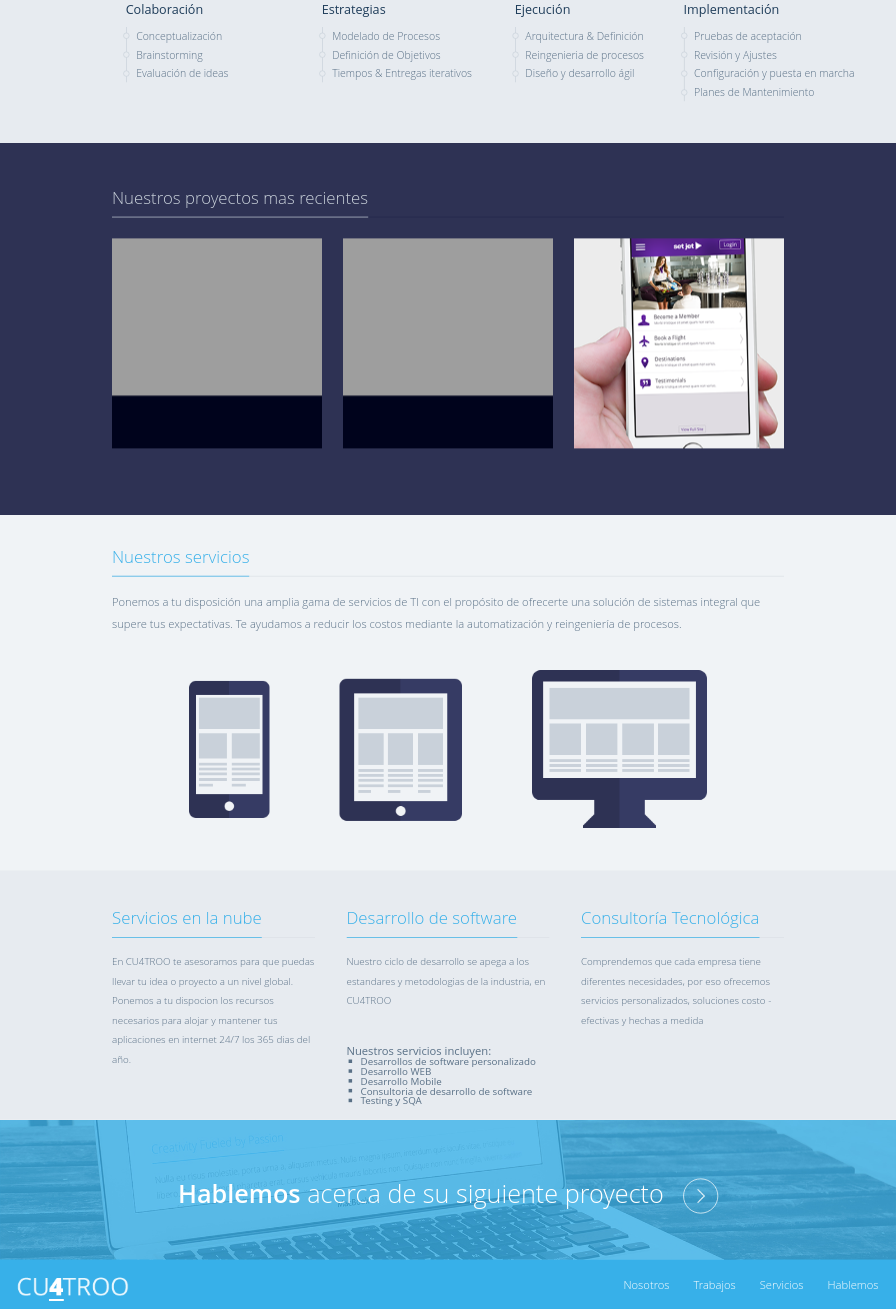
Repository: cuatroo/website
Page: index.html
The author's editor kept a record of every edit. The page is drawn from the files as they stood at one moment, then again after the next edit.
The browser window is 1280 px wide. The pictures show the part of the page from y = 1071 to 2991 px (the page is 2941 px tall before and 2991 px after), at 70% of full size.
Pictures or frames that could not be fetched are drawn as grey boxes. Some web libraries are served in a nearby version.

Above is the page before.
Console error (its wording comes from the project's code and is left out).

### index.html
<!DOCTYPE html>
<!-- saved from url=(0017)http://www.cuatroo.com/ -->
<html class="skrollr skrollr-desktop"><head><meta http-equiv="Content-Type" content="text/html; charset=UTF-8">
        <meta charset="utf-8">
        <meta http-equiv="X-UA-Compatible" content="IE=edge">
        <title>CU4TROO | Soluciones de negocio a traves de la tecnologia | Mexico</title>
        <meta name="description" content="Professional Web & Development Services &amp; Small Business SaaS">
        <meta name="keywords" content="mexico tijuana sonora design, sonora website design, mexico web design, tijuana web services, mexico app design, tijuana app design, sonora app design">
        <meta name="author" content="CU4TROO">
        <meta name="viewport" content="width=device-width, initial-scale=1">

        <link rel="shortcut icon" type="image/png" href="./assets/img/favicon.ico">
        <link rel="stylesheet" href="./assets/css/main.css">
        <link rel="stylesheet" href="./assets/font-awesome/css/font-awesome.min.css">
    </head>
    <body style="height: 3293px;">

        <!--[if lt IE 8]>
            <div class="browseHappy">
		        <p class="browsehappy">You are using an <strong>outdated</strong> browser. Please <a href="http://browsehappy.com/">upgrade your browser</a> to improve your experience.</p>
	        </div>
        <![endif]-->

        <!-- Welcome -->
        <div class="welcome" style="display: none;">
	        <h2>Software que <span>Inspira</span></h2>
	        <h3>Haga crecer su negocio conf <span>calidad</span></h3>
        </div>

        <div id="mainViewpoint">
	        <!-- Header -->
	        <header id="header">
	        	<nav id="navigation" data-400="background: rgba(55, 176, 233, 0)" data-432="background: rgba(55, 176, 233, .98)" class="skrollable skrollable-between" style="background: rgba(55, 176, 233, 0.980392);">
	        		<a class="logo left" href="#">

					<img src="./assets/img/logo_cu4troo.png" >
	        		</a>
	        		<ul class="right">
	        			<li><a href="#about">Nosotros</a></li>
	        			<li><a href="#work">Productos</a></li>
	        			<li><a href="#services">Servicios</a></li>
	        			<li><a class="contactD3sign" href="#talk">Hablemos</a></li>
	        		</ul>
	        		<a class="mobileNav right" href="#"><span class="icon"></span></a>
	        		<div class="clear"></div>
	        		 <div class="mobileMenu">
			        	<ul>
			        		<li><a href="#about">Nosotros</a></li>
				        	<li><a href="#work">Productos</a></li>
				        	<li><a href="#services">Servicios</a></li>
				        	<li><a href="#talk">Hablemos</a></li>
			        	</ul>
			        </div>
	        	</nav>
	        	<!-- Hero -->
	        	<div class="hero skrollable skrollable-after" data-0="background-position: 0 0px; opacity: 1" data-400="background-position: 0 -30px; opacity: 0" style="opacity: 0; background-position: 0px -30px;">
		        	<h2 data-0="padding-top: 160px" data-400="padding-top: 50px" class="skrollable skrollable-after" style="padding-top: 50px;">Desarrollos que <span>Inspiran</span></h2>
		        	<h3>Construimos <span>software</span> que ayude a potenciar tu negocio</h3>
		        	<a data-0="bottom: 40px" data-400="bottom: 250px" class="scrollDown skrollable skrollable-after" href="#about" style="bottom: 250px;"><span class="icon"></span></a>
	        	</div>
	        </header>
	        <div id="skrollr-body">
		        <div id="main" style="height: 1200px">
		        	<!-- About -->
		        	<section id="about">
		        		<div class="wrapper">
		        			<header>
		        				<h3>La pasi&oacute;n por la tecnolog&iacute;a nos mueve </h3>
		        			</header>
		        			<p>CU4TROO somos un equipo de profesionales apasionados de la tecnolog&iacute;a, comprometidos con el poder de transformaci&oacute;n que esta nos brinda para generar soluciones de software creativas e inteligentes. Nos gusta formar alianza directa con nuestros clientes con el objetivo de establecer la confianza necesaria para orientar y llevar a cabo sus ideas de negocio. Los mejores resultados son conducidos por nuestro equipo de talentosos consultores, desarrolladores y diseñadores con el que podemos garantizarle la conclusi&oacute;n de cualquier reto.</p>
		        		</div>
		        		<div class="workFlow animate">
		        			<div class="wrapper">
		        				<ul>
		        					<li class="collaborate animate">
			        					<div class="iconContainer">
			        						<span class="shadowEffect"></span>
			        						<span class="icon"><i class="fa fa-comments fa-4x"></i></span>

			        					</div>
			        					<span class="point autoCenter"></span>
			        					<div class="details" style="width: 92px;">
				        					<h4>Colaboraci&oacute;n</h4>
				        					<ul>
				        						<li>Conceptualizaci&oacute;n</li>
				        						<li>Brainstorming</li>
				        						<li>Evaluaci&oacute;n de ideas</li>

				        					</ul>
			        					</div>
		        					</li>
		        					<li class="strategize animate">
			        					<div class="iconContainer">
			        						<span class="shadowEffect"></span>
			        						<span class="icon"><i class="fa fa-tasks fa-4x"></i></span>
			        					</div>
			        					<span class="point autoCenter"></span>
			        					<div class="details" style="width: 81px;">
				        					<h4>Estrategias</h4>
				        					<ul>
				        						<li>Modelado de Procesos</li>
				        						<li>Definici&oacute;n de Objetivos</li>
				        						<li>Tiempos & Entregas iterativos</li>

				        					</ul>
			        					</div>
		        					</li>
		        					<li class="dev animate">
			        					<div class="iconContainer">
			        						<span class="shadowEffect"></span>
			        						<span class="icon"><i class="fa fa-bolt fa-4x"></i></span>
			        					</div>
			        					<span class="point autoCenter"></span>
			        					<div class="details" style="width: 144px;">
				        					<h4>Ejecuci&oacute;n</h4>
				        					<ul>
				        						<li>Arquitectura &amp; Definici&oacute;n</li>
				        						<li>Reingenieria de procesos</li>
				        						<li>Diseño y desarrollo &aacute;gil</li>
				        					</ul>
			        					</div>
		        					</li>
		        					<li class="implement animate">
			        					<div class="iconContainer">
			        						<span class="shadowEffect"></span>
			        						<span class="icon"><i class="fa fa-rocket fa-4x"></i></span>
			        					</div>
			        					<span class="point autoCenter"></span>
			        					<div class="details" style="width: 84px;">
				        					<h4>Implementaci&oacute;n</h4>
				        					<ul>
				        						<li>Pruebas de aceptaci&oacute;n</li>
                                                <li>Revisi&oacute;n y Ajustes</li>
				        						<li>Configuraci&oacute;n y puesta en marcha</li>
				        						<li>Planes de Mantenimiento</li>
				        					</ul>
			        					</div>
		        					</li>
		        				</ul>
		        				<div class="clear"></div>
		        			</div>
		        		</div>
		        	</section>
		        	<section id="work">
			        	<div class="wrapper">
				        	<header>
		        				<h3>Nuestros proyectos mas recientes</h3>
		        			</header>
		        			<div class="gallery animate">
                                <div class="shotWrapper" data-img="assets/img/raveil.png">
                                    <div class="shot" style="background: url(assets/img/raveil_preview.png)">
                                        <div class="overlay">
                                            <div class="contentContainer">
                                                <header>
                                                    <h4>Inventario</h4>
                                                    <p>Web &amp;.Net Mobile Development</p>
                                                </header>
                                                <a class="viewProject" href="https://inventarios.cuatroo.com">View Project</a>
                                            </div>
                                        </div>
                                    </div>
                                </div>
                                <div class="shotWrapper" data-img="assets/img/mysalesclub.png">
                                    <div class="shot" style="background: url(assets/img/mysalesclub.png)">
                                        <div class="overlay">
                                            <div class="contentContainer">
                                                <header>
                                                    <h4>InventoryCloud</h4>
                                                    <p>Servicios de inventarios</p>
                                                </header>
                                                <a class="viewProject" href="#">Ver</a>
                                            </div>
                                        </div>
                                    </div>
                                </div>


		        				<div class="shotWrapper" data-img="assets/img/setjet.png">
		        					<div class="shot" style="background: url(assets/img/setjet_preview.png)">
		        						<div class="overlay">
		        							<div class="contentContainer">
		        								<header>
		        									<h4>NegocioCloud</h4>
		        									<p>Administre sus cotizaciones, presupuestos y controle sus ventas en linea</p>
		        								</header>
		        								<a class="viewProject" href="#">View Project</a>
		        							</div>
		        						</div>
		        					</div>
		        				</div>

		        				<div class="clear"></div>
		        			</div>
			        	</div>
		        	</section>
		        	<section id="services">
		        		<div class="wrapper">
		        			<header>
		        				<h3>Nuestros servicios</h3>
		        			</header>
		        			<p>Ponemos a tu disposición una amplia gama de servicios de TI con el propósito de ofrecerte una solución de sistemas integral que supere tus expectativas.
		        			Te ayudamos a reducir los costos mediante la automatización y reingeniería de procesos.
							<div class="responsiveDesign animate">
								<div class="image"></div>
							</div>
		        		</div>
						<div class="serviceDetails">
							<div class="wrapper">
								<div class="column">
									<header>
					        			<h3>Servicios en la nube</h3>
									</header>

									<p>
									En CU4TROO te asesoramos para que puedas llevar tu idea o proyecto a un nivel global. Ponemos a tu dispocion los recursos necesarios para
									alojar y mantener tus aplicaciones en internet 24/7 los 365 dias del año.
									</p>
								</div>
								<div class="column">
									<header>
					        			<h3>Desarrollo de software</h3>
									</header>
									<p>
										Nuestro ciclo de desarrollo se apega a los estandares y metodologias de la industria, en CU4TROO


											<ul>Nuestros servicios incluyen:
												<li>Desarrollos de software personalizado</li>
												<li>Desarrollo WEB</li>
												<li>Desarrollo Mobile</li>
												<li>Consultoria de desarrollo de software</li>
												<li>Testing y SQA</li>
											</ul>


								</div>
								<div class="column">
									<header>
					        			<h3>Consultoría Tecnológica</h3>
									</header>
									<p>Comprendemos que cada empresa tiene diferentes necesidades, por eso ofrecemos servicios personalizados, soluciones costo - efectivas y hechas a medida </p>
								</div>
								<div class="clear"></div>
							</div>
		        		</div>
		        	</section>
		        	<section id="letsTalk">
                        <a class="contactD3sign" href="#"><h4><span>Hablemos</span> acerca de su siguiente proyecto <span class="icon"></span></h4></a>
		        	</section>
		        	<footer>
		        		<div class="logo left">

							 	<img src="./assets/img/logo_cu4troo.png" >

		        		</div>
		        		<ul class="right">
		        			<li><a href="#about">Nosotros</a></li>
		        			<li><a href="#work">Trabajos</a></li>
		        			<li><a href="#services">Servicios</a></li>
		        			<li><a class="contactD3sign" href="#talk">Hablemos</a></li>
		        		</ul>
		        	</footer>
		        </div>
	        </div>
        </div>
        <div class="contactModal">
        	<div class="modalWrapper">
        		<div class="modal">
        			<div class="contentContainer">
        				<h2><span>Hablemos</span> acerca de su siguiente proyecto</h2>
                        <p>Nos encantaría ayudar a elaborar, diseñar, construir y ejecutar su idea o proyecto de negocio. La investigacion de su proyecto es muy importante para nosotros, Seguro encontraremos la mejor forma de servirle</p>

        			</div>
        			<form method="post" action="assets/inc/contact.php" id="contactForm">
	        			<div class="formContainer">
	        				<div class="contentContainer">
		        				<div class="inputContainer">
		        					<input type="text" name="name" id="name" placeholder="Nombre" required="">
		        				</div>
		        				<div class="inputContainer">
		        					<input type="text" name="email" id="email" placeholder="Correo Electronico" required="">
		        				</div>
		        				<div class="messageContainer">
		        					<textarea name="message" id="message" placeholder="Cuentenos acerca de su emocionante proyecto.." required=""></textarea>
		        				</div>
		        				<div class="budgetContainer">
		        					<label>Presupuesto para su proyecto <span class="budgetAmount">$5,000</span></label>
		        					<div class="budgetSlider ui-slider ui-slider-horizontal ui-widget ui-widget-content ui-corner-all" aria-disabled="false"><div class="ui-slider-range ui-widget-header ui-corner-all ui-slider-range-min" style="width: 7.40740740740741%;"></div><a class="ui-slider-handle ui-state-default ui-corner-all" href="http://www.cuatroo.com/#" style="left: 7.40740740740741%;"></a></div>
		        				</div>
	        				</div>
	        			</div>
	        			<div class="formActions">
	        				<button class="secondaryBtn">Cancelar</button>
	        				<button class="primaryBtn">Enviar Mensaje</button>
	        			</div>
        			</form>
        			<div class="loadingOverlay">
	        			<div class="loadingIcon"></div>
        			</div>
        			<div class="successOverlay">
        				<h2>We received your project inquiry.</h2>
        				<p>We'll do our best to respond within a few business days. </p>
        				<a class="close" href="#">Cerrar</a>
        			</div>
        		</div>
        	</div>
        </div>
        <script async="" src="//www.google-analytics.com/analytics.js"></script>
        <script src="http://ajax.googleapis.com/ajax/libs/jquery/1.11.0/jquery.min.js"></script>
        <script src="http://ajax.googleapis.com/ajax/libs/jqueryui/1.10.4/jquery-ui.min.js"></script>
        <script src="./assets/js/main.js"></script>
        <script src="./assets/js/skrollr.min.js"></script>
        <script src="./assets/js/waypoints.min.js"></script>
        <script>
          (function(i,s,o,g,r,a,m){i['GoogleAnalyticsObject']=r;i[r]=i[r]||function(){
          (i[r].q=i[r].q||[]).push(arguments)},i[r].l=1*new Date();a=s.createElement(o),
          m=s.getElementsByTagName(o)[0];a.async=1;a.src=g;m.parentNode.insertBefore(a,m)
          })(window,document,'script','//www.google-analytics.com/analytics.js','ga');

          ga('create', 'UA-46824321-1', 'auto');
          ga('send', 'pageview');

        </script>


</body></html>

Loaded but not shown: assets/font-awesome/css/font-awesome.min.css (library); assets/js/skrollr.min.js (library); assets/js/waypoints.min.js (library); assets/js/main.js (257 lines, source omitted); assets/css/main.css (1872 lines, source omitted)

After the next edit:
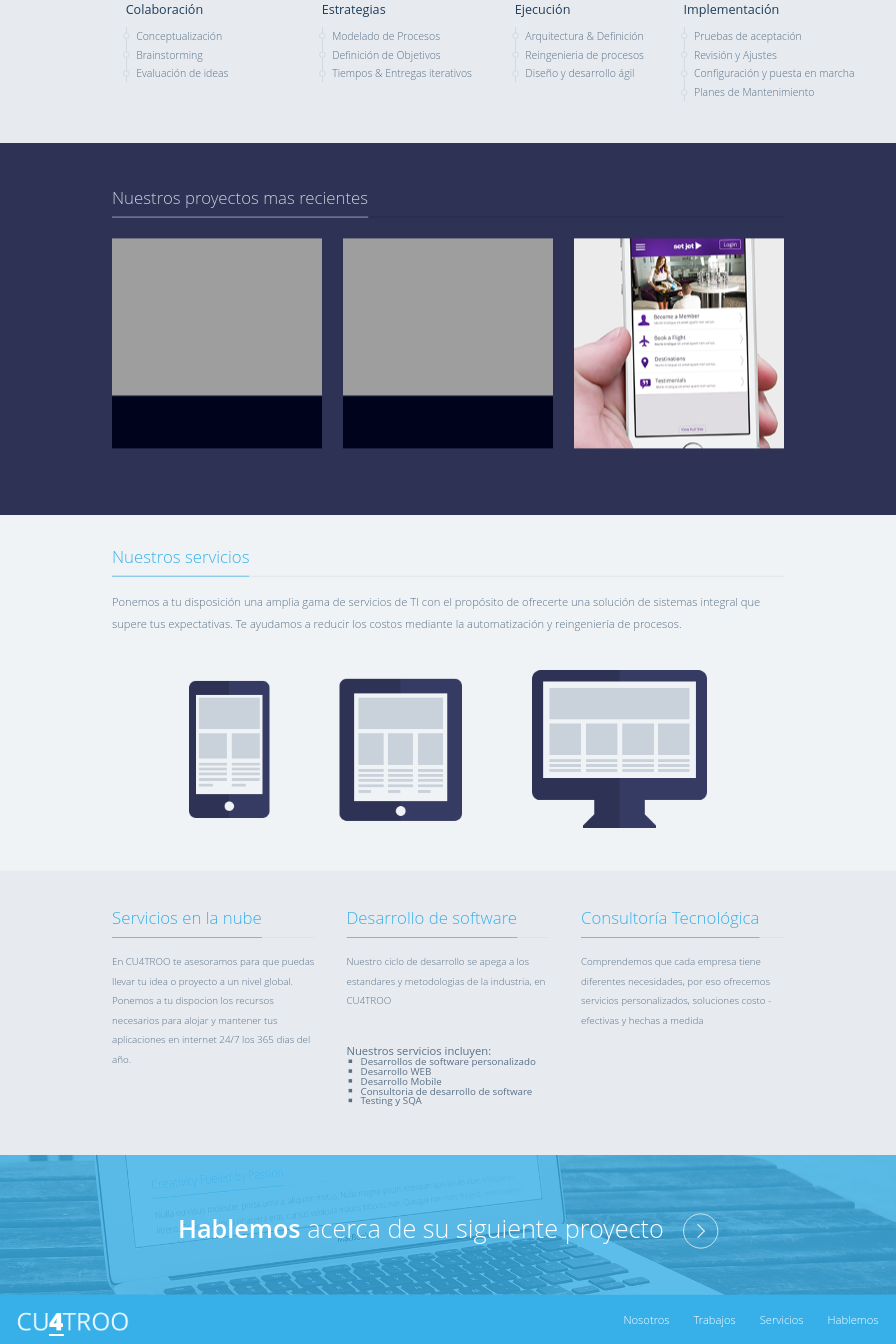
The edit:
--- a/index.html
+++ b/index.html
@@ -232,7 +232,7 @@
 												<li>Testing y SQA</li>
 											</ul>
 
-
+									</p>
 								</div>
 								<div class="column">
 									<header>
